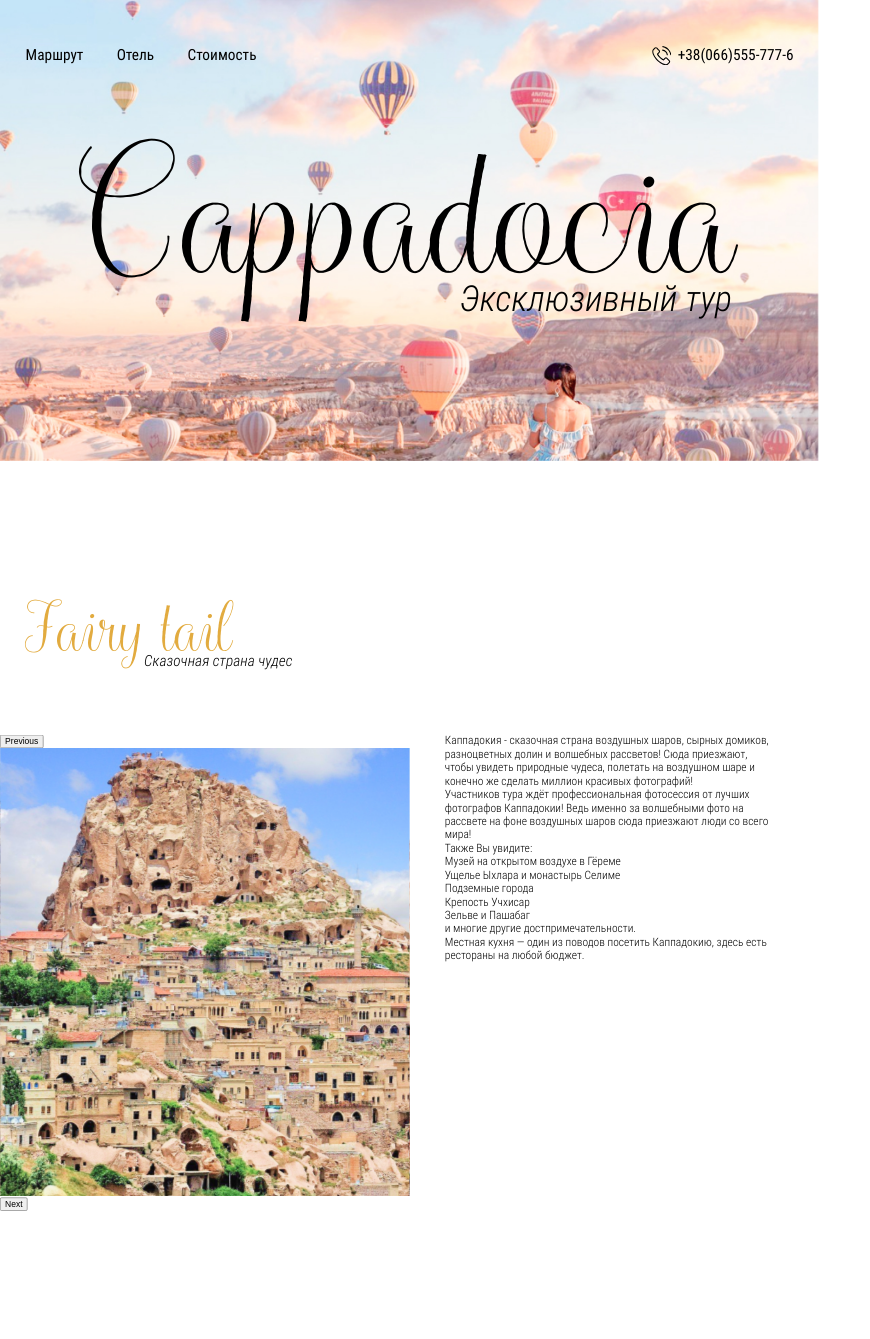
Repository: Lareeman/cappadocia
Page: index.html
The author's editor kept a copy of each file at every save. The page is drawn from the files as they stood at one save, then again after a run of saves.
The browser window is 1280 px wide. The page is 1280 px wide, then 1359 px, then 1280 px, so the pictures cover 1359 px, including what lies to the right of the window. The pictures show the whole page, at 64% of full size.

Above is the page before, as saved 2024-01-27 12:41:59.

After the next 3 saves:
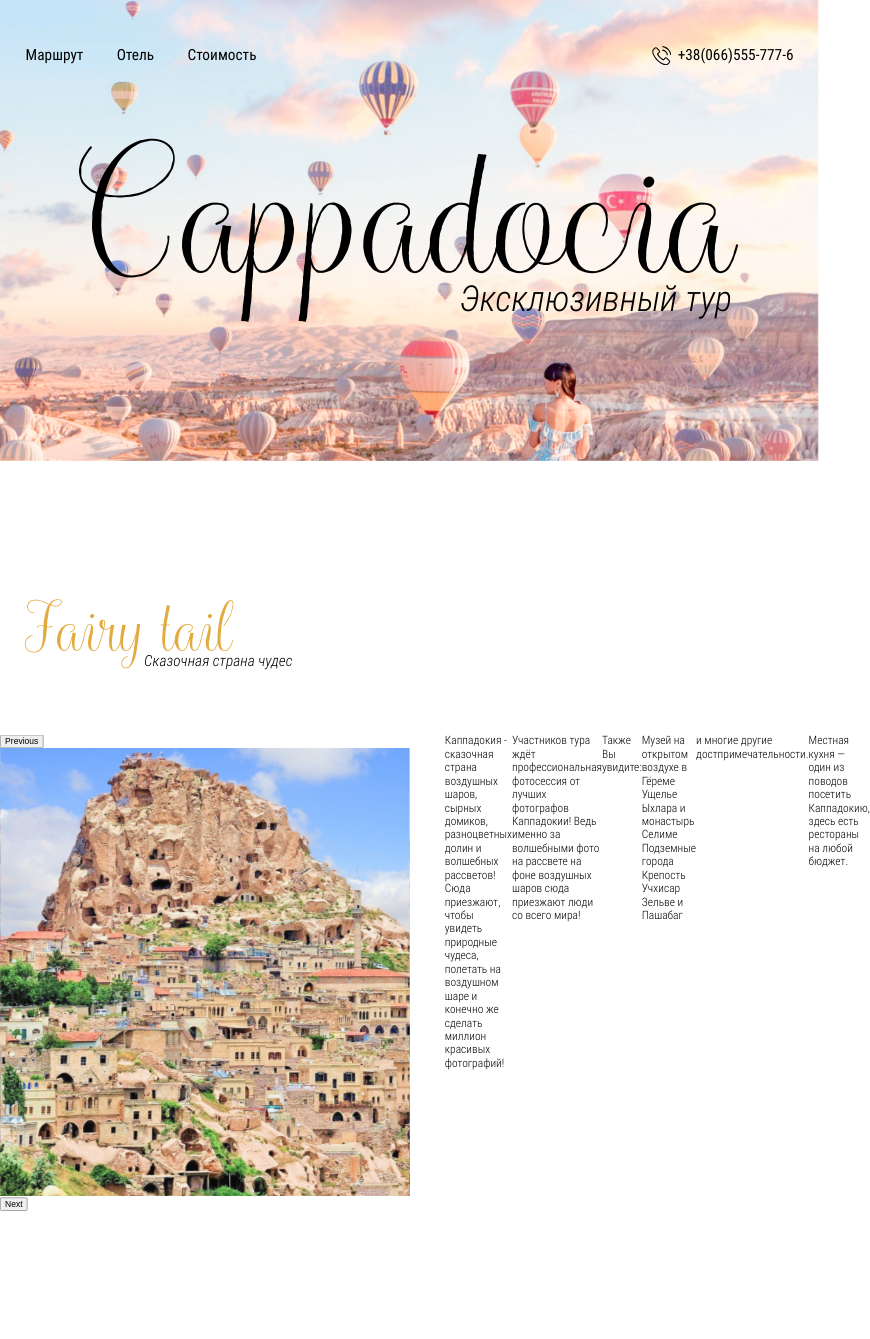
The 3 saves are shown as one change because they came seconds apart.
The last was saved 46 s later.
--- a/css/style.css
+++ b/css/style.css
@@ -192,7 +192,9 @@
 
 .fairy__container {}
 
-.fairy__body {}
+.fairy__body {
+  display: flex;
+}
 
 .fairy__text {}
 

After the 3 saves that followed:
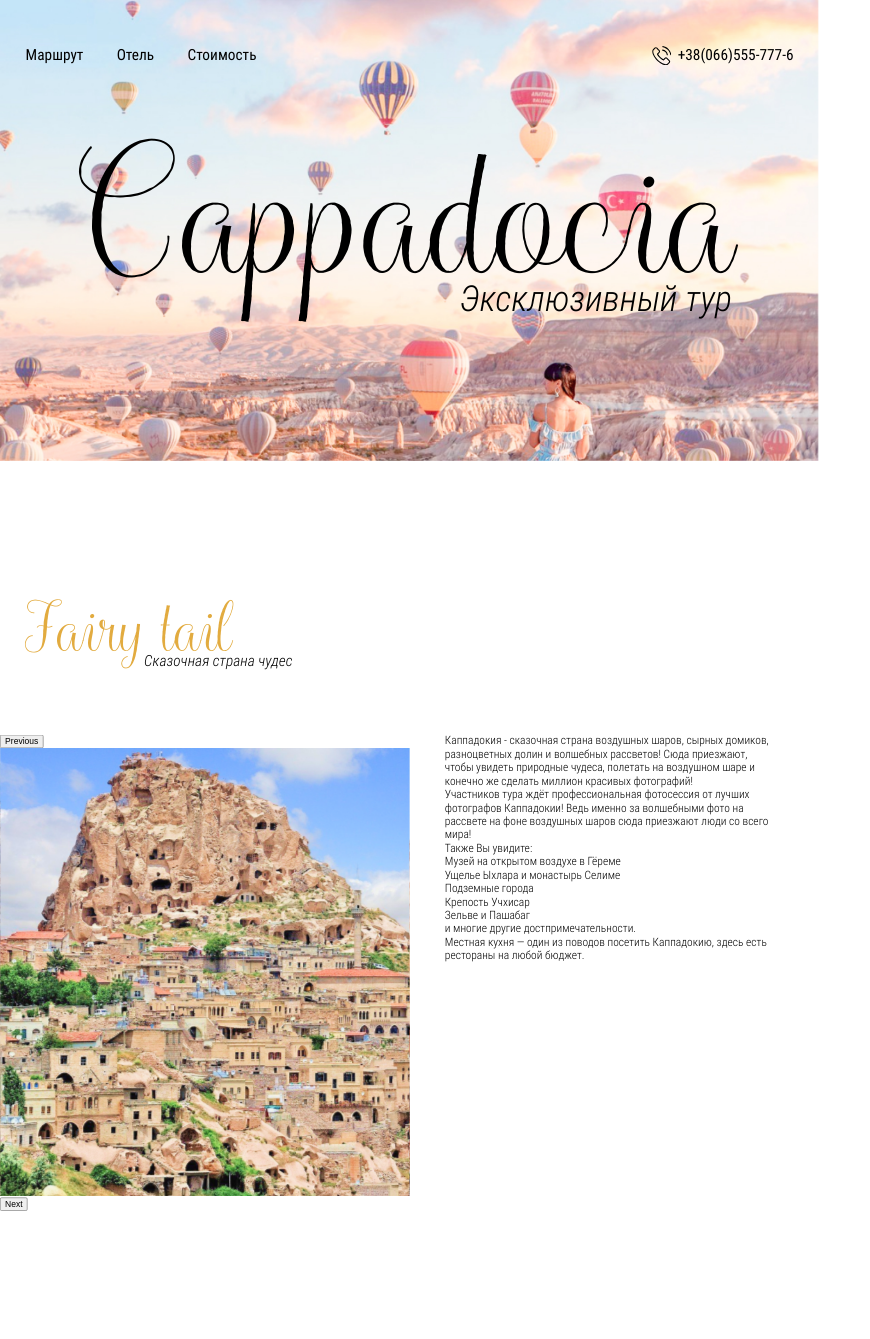
The 3 saves are shown as one change because 1 left the picture as it was and some came seconds apart.
The last was saved 14 s later.
--- a/css/style.css
+++ b/css/style.css
@@ -194,6 +194,8 @@
 
 .fairy__body {
   display: flex;
+  flex-direction: column;
+
 }
 
 .fairy__text {}
